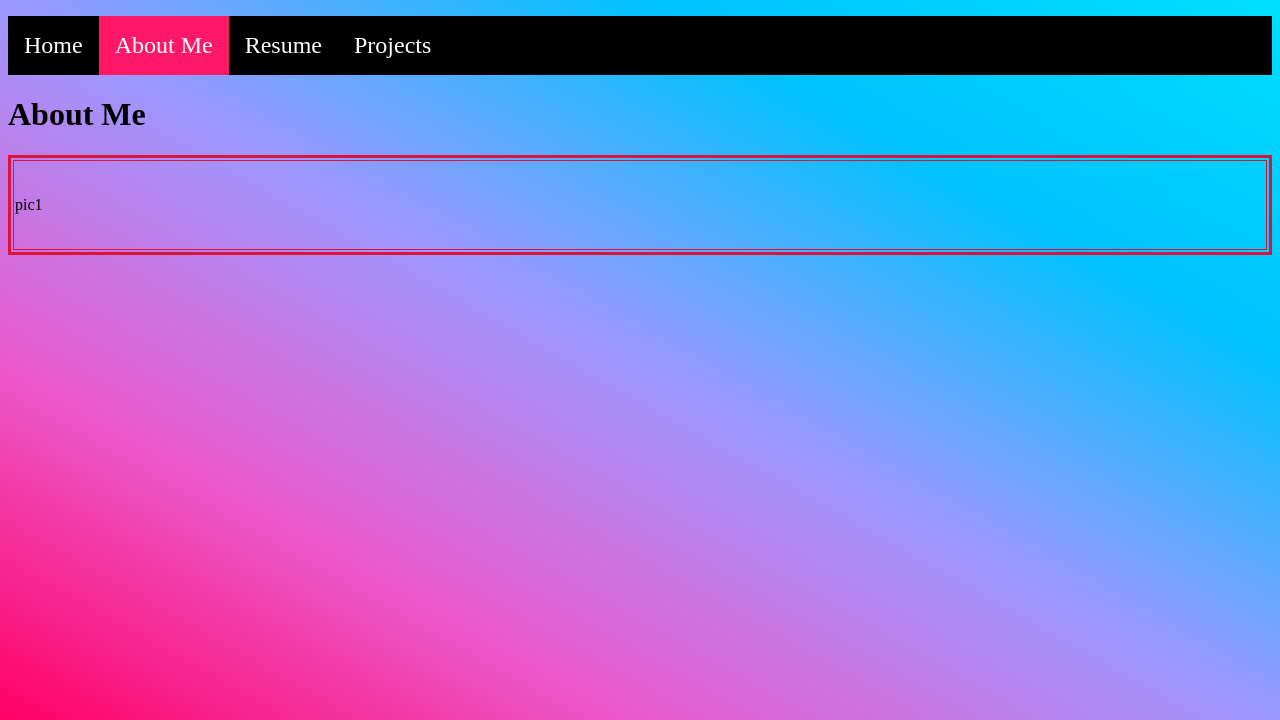
Repository: Zatarain10/Zatarain10.github.io
Page: aboutme.html
The author's editor kept a record of every edit. The page is drawn from the files as they stood at one moment, then again after the next edit.
The browser window is 1280 px wide. The pictures show the whole page.

Above is the page before.

### aboutme.html
<!DOCTYPE html>
<html>
    <head>
    <title>About Me</title>
    <link rel="stylesheet" type="text/css" href="style.css">

    </head>
    <body>
        <ul class="navbar">
            <li><a href="/index.html">Home</a></li>
            <li class="active"><a href="aboutme.html">About Me</a></li>
            <li><a href="resume.html">Resume</a></li>
            <li class="dropdown">
                <div>Projects</div>
                <ul class="dropdown-content">
                    <li><a href="project1.html">Project 1</a></li>
                    <li><a href="project2.html">Project 2</a></li>
                    <li><a href="project3.html">Project 3</a></li>
                </ul>
            </li>
        </ul>

        <h1>About Me</h1>

        <table border="1"; bordercolor="crimson"; width="45%"; height="75%";>
            <tr>
                <td>pic1</th>
            </tr>
        </table>

    </body>
</html>

### style.css
        .navbar{
            list-style:none;
            background-color: black;
            overflow:hidden;
            padding:0;
        }

        .navbar a, .dropdown div{
            text-decoration:none;
            color: white;
            font-size: 24px;
            padding: 16px;
            display:inline-block;
        }

        .navbar li{
            float:left;
        }

        .navbar li:hover{
            background-color:Cyan;
        }

        .dropdown-content{
            list-style:none;
            padding: 0;
            display:none;
            position:absolute;
            z-index:1;
            background-color: black;
        }

        .dropdown-content li{
            float:none;
        }

        .dropdown:hover .dropdown-content{
            display:block;
        }

        .active{
            background-color: #ff1768;
        }

        html{
            height: 100%;
        }

        body{
            background: linear-gradient(to right top, #ff0064, #eb5acc, #9c98ff, #00c3ff, #00deff);
        }

        table{
            border: 3px solid crimson;
            width: 100%;
            height: 100px;
        }

After the next edit:
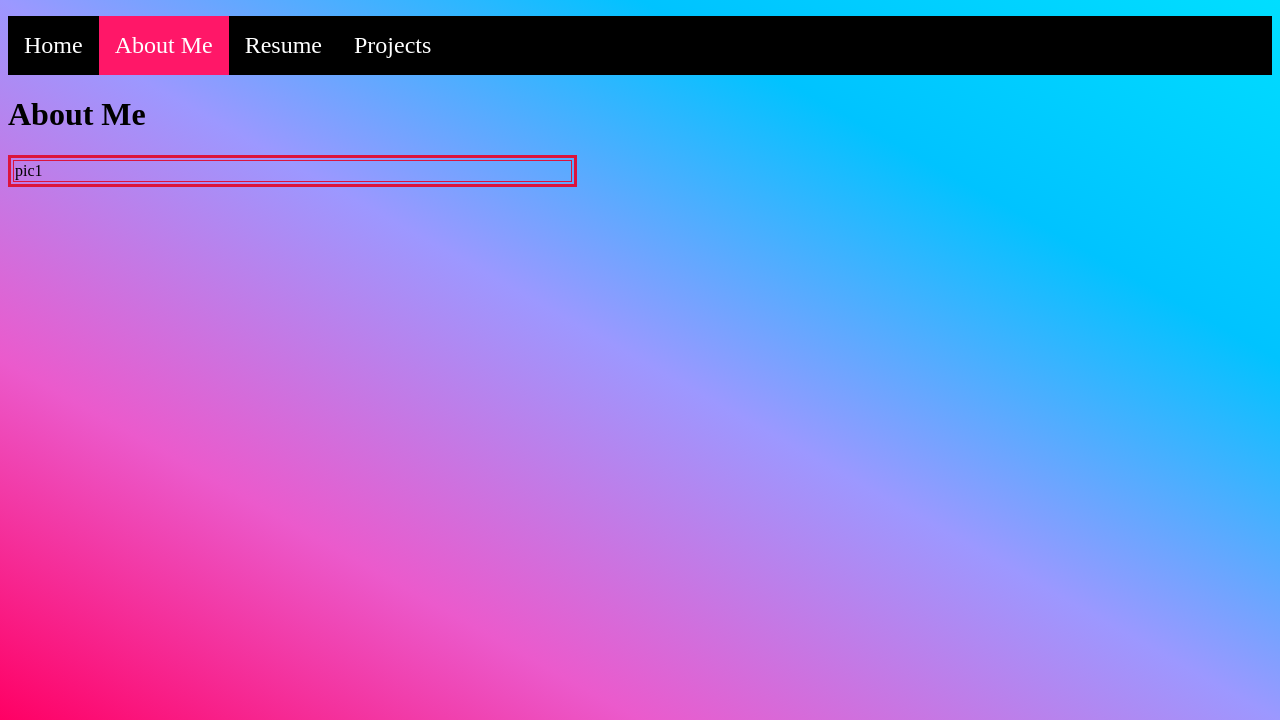
The edit:
--- a/style.css
+++ b/style.css
@@ -52,6 +52,4 @@
 
         table{
             border: 3px solid crimson;
-            width: 100%;
-            height: 100px;
         }
